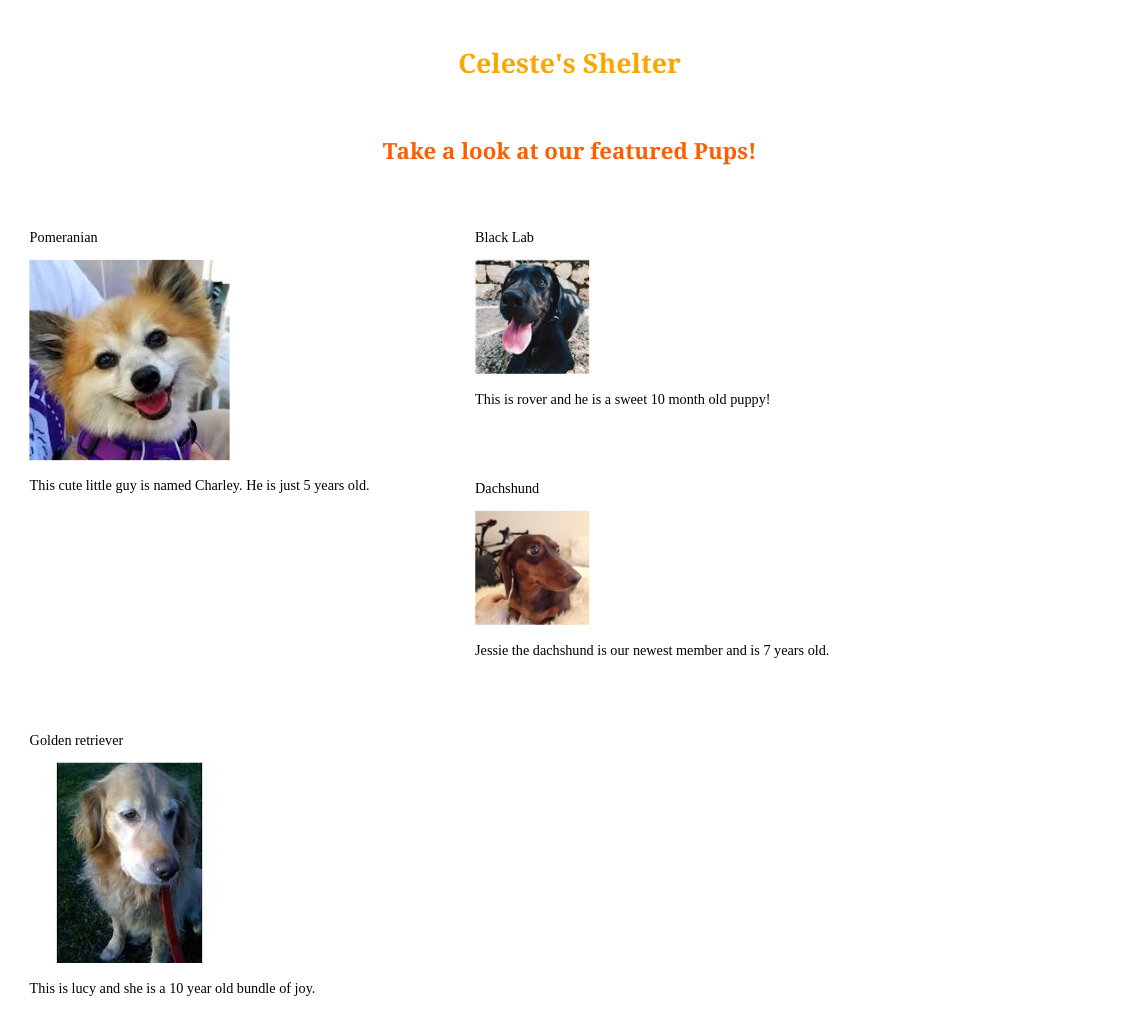
Repository: fieldceleste/animal-shelter
Page: animal-shelter.html
An editor plug-in stored every save of this project. The page is shown before and after the next save, followed by the edit.
The browser window is 1280 px wide. The pictures show the whole page, at 89% of full size.

Above is the page before, as saved 2019-10-30 18:53:27.

### animal-shelter.html
<!DOCTYPE html>
  <html>
   <head>
  <link href="css/styles.css" rel="stylesheet" type="text/css">
  <title>Celeste's Animal Shelter</title>
</head>
<body>
    <h1>Celeste's Shelter</h1>
<h2>Take a look at our featured Pups!</h2>

<div class="column">
<p>Pomeranian</p>
<p><img src="img/pom.jpeg" alt="picture of pom"/></p>
<p>This cute little guy is named Charley. He is just 5 years old.</p>
</div>

<div class="column">
<p>Black Lab</p>
<p><img src="img/lab.jpeg" alt="picture of lab."/></p>
<p>This is rover and he is a sweet 10 month old puppy!</p>
</div>

<div class="column">
<p>Dachshund</p>
<p><img src="img/dach.jpeg" alt="picture of dachshund"/></p>
<p>Jessie the dachshund is our newest member and is 7 years old.</p>
</div>

<div class="column">
<p>Golden retriever</p>
<p><img src="img/golden.jpeg" alt="picture of golden retriever"/></p>
<p>This is lucy and she is a 10 year old bundle of joy.</p>
</div>


</body>
</html>

### css/styles.css

h1{
    font-family: Georgia, 'Times New Roman', Times, serif;
    font-size: 30px;
    color: orange;
    padding: 30px;
    text-align: center;
}
h2{
    font-family: Georgia, 'Times New Roman', Times, serif;
    font-size: 25px;
    color: rgb(255, 94, 0);
    padding: 10px;
    text-align: center;
}
h4{
     color: rgb(67, 182, 67);
     font-size: 20px;
     text-align: left;

}

 .column{
    float:left;
    width:450px;
    padding: 2%;

}

After the next save:
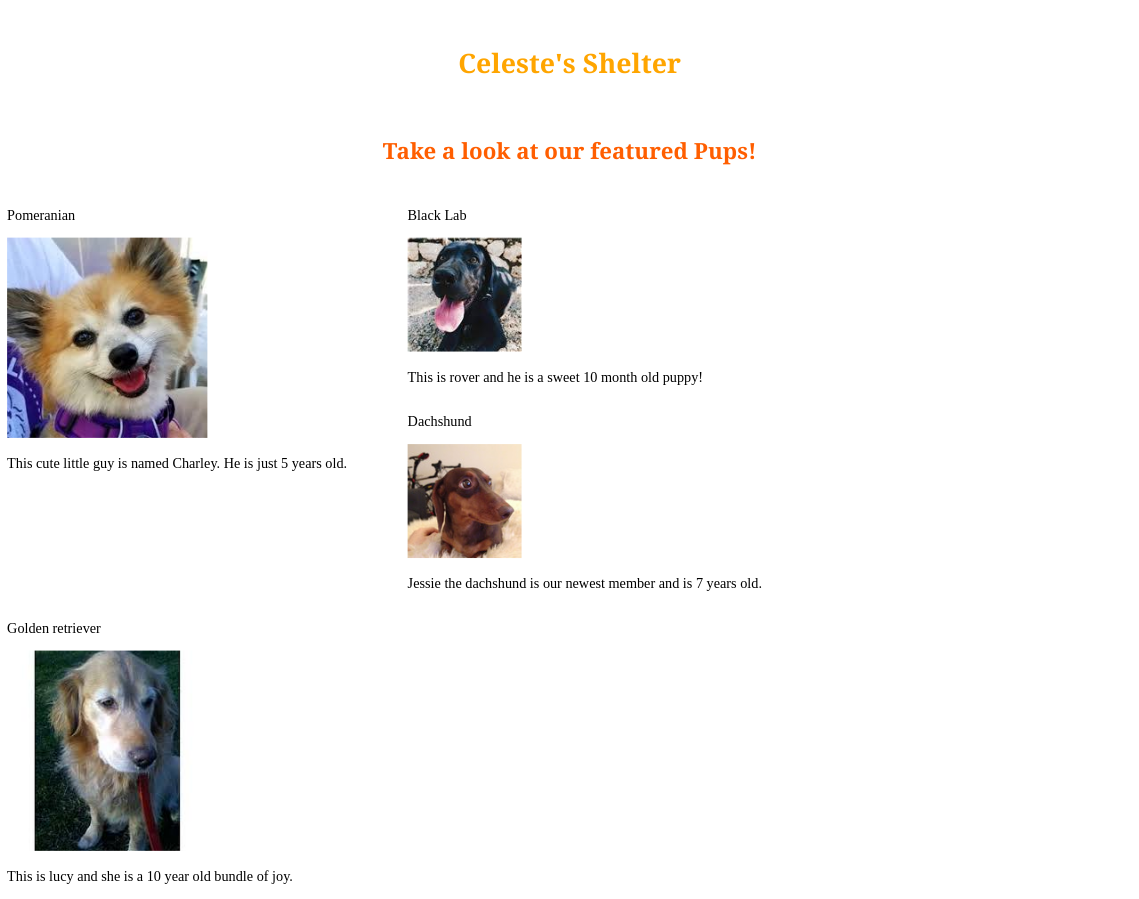
Saved 15 s later.
--- a/css/styles.css
+++ b/css/styles.css
@@ -23,6 +23,6 @@ h4{
  .column{
     float:left;
     width:450px;
-    padding: 2%;
+
 
 }
